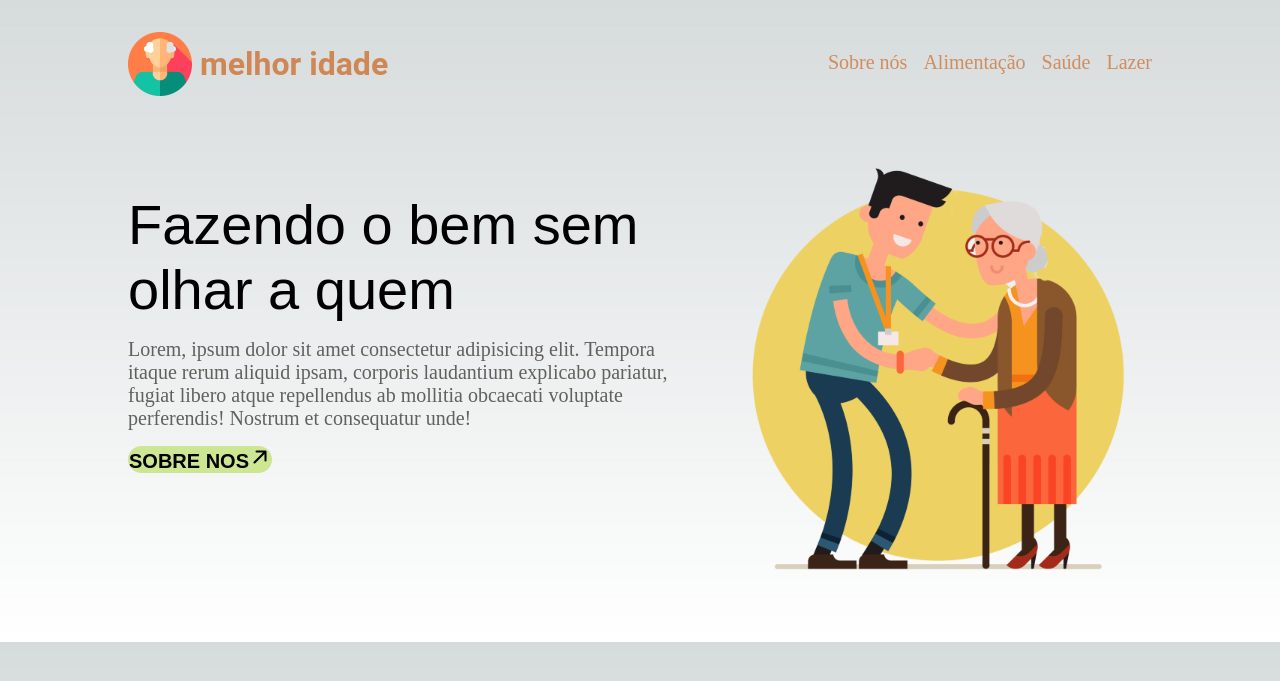
Repository: Giopol12/melhor-idade-online
Page: /index.page
These files come from the project's save history. The page is drawn as it stood at one moment and after the next save; the edit follows.
The browser window is 1280 px wide. The pictures show the whole page.
The project was rebuilt for these pictures with package versions that can differ from the ones it lists, and the page was loaded fresh each time. The framework's server and built-in components were replaced by stand-ins that run in the browser. Also part of the build but not shown: next.config.js.

Above is the page before, as saved 2023-11-12 16:22:07.

After the next save:
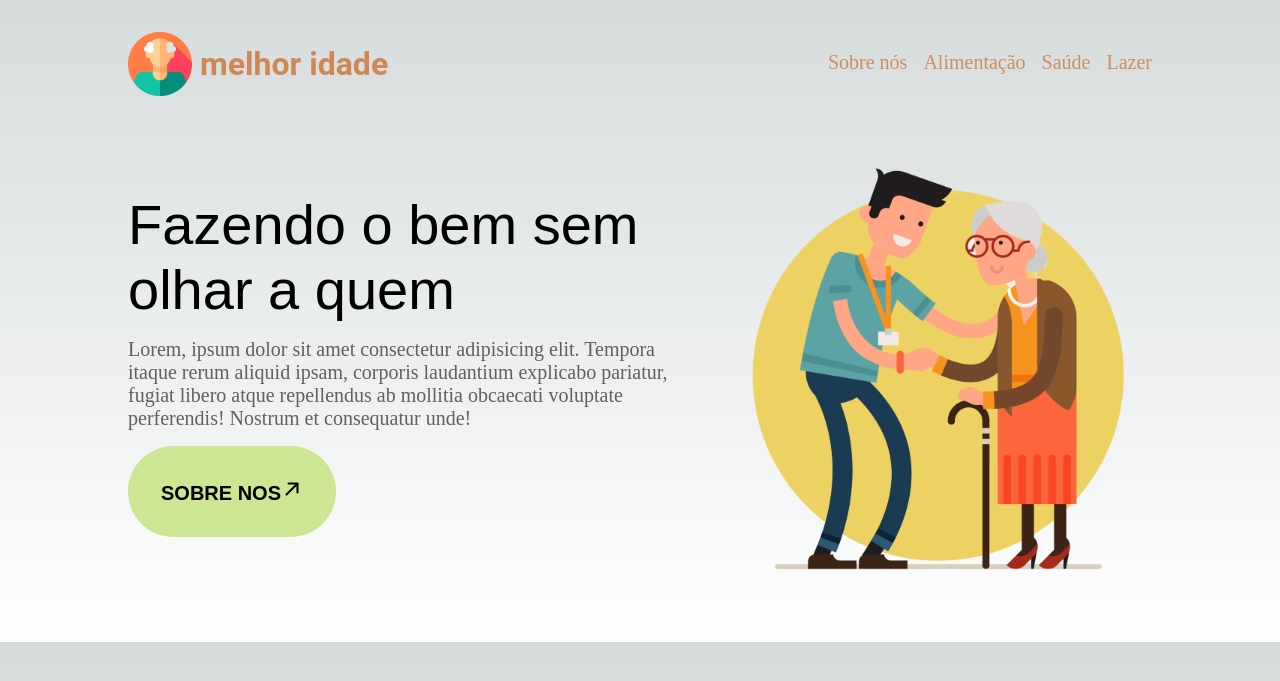
Saved 7 s later.
--- a/src/pages/home/HomeMain/styles.ts
+++ b/src/pages/home/HomeMain/styles.ts
@@ -32,6 +32,6 @@ export const ContentContainer = styled('div', {
     background: '$green100',
     border: 0,
     borderRadius: '9999px',
-    padding: 'rem',
+    padding: '2rem',
   },
 })
